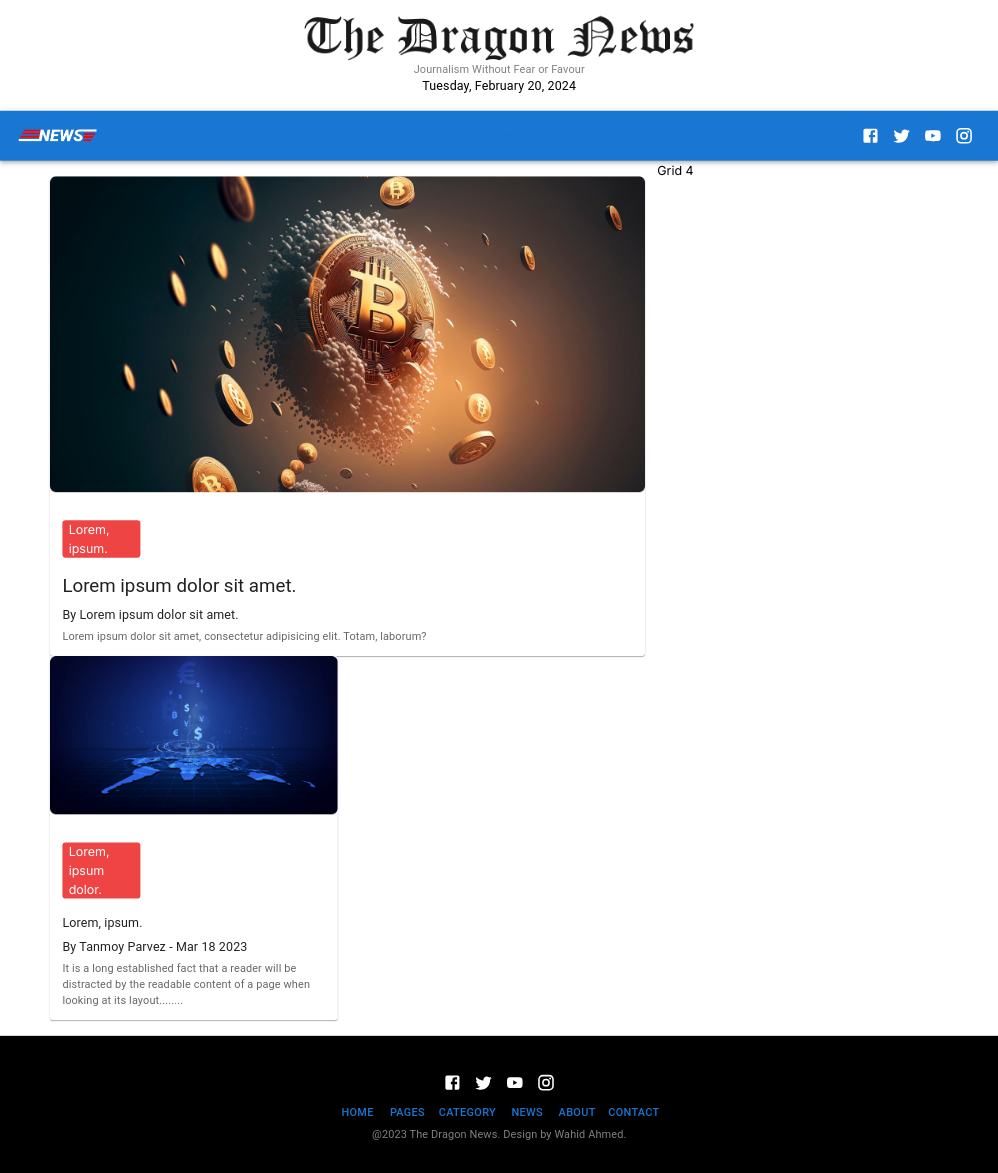
Repository: Wahid137/daily-news-nextjs
Page: /
These files come from the project's save history. The page is drawn as it stood at one moment and after a run of saves; the edit follows.
The browser window is 1280 px wide. The pictures show the whole page, at 78% of full size.
The project was rebuilt for these pictures with package versions that can differ from the ones it lists, and the page was loaded fresh each time. The framework's server and built-in components were replaced by stand-ins that run in the browser. Also part of the build but not shown: next.config.mjs.

Above is the page before, as saved 2024-02-22 23:34:33.

After the next 2 saves:
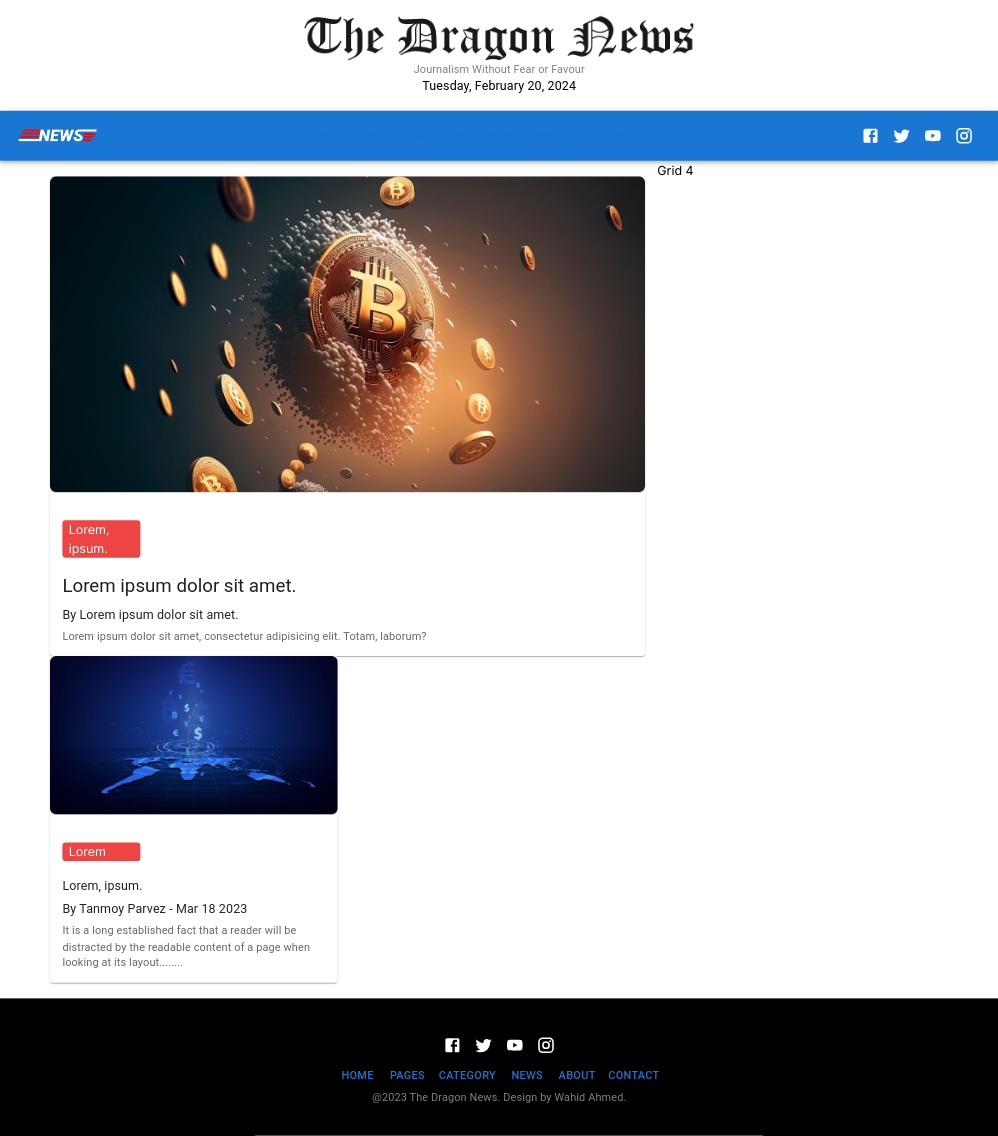
The 2 saves are shown as one change because they came seconds apart.
The last was saved 22 s later.
--- a/src/components/ui/LatestNews/LatestNews.js
+++ b/src/components/ui/LatestNews/LatestNews.js
@@ -83,7 +83,7 @@ const LatestNews = async () => {
                         rounded
                         "
                                 >
-                                    Lorem, ipsum dolor.
+                                    Lorem
                                 </p>
                                 <Typography gutterBottom>Lorem, ipsum.</Typography>
                                 <Typography gutterBottom className="my-3">
